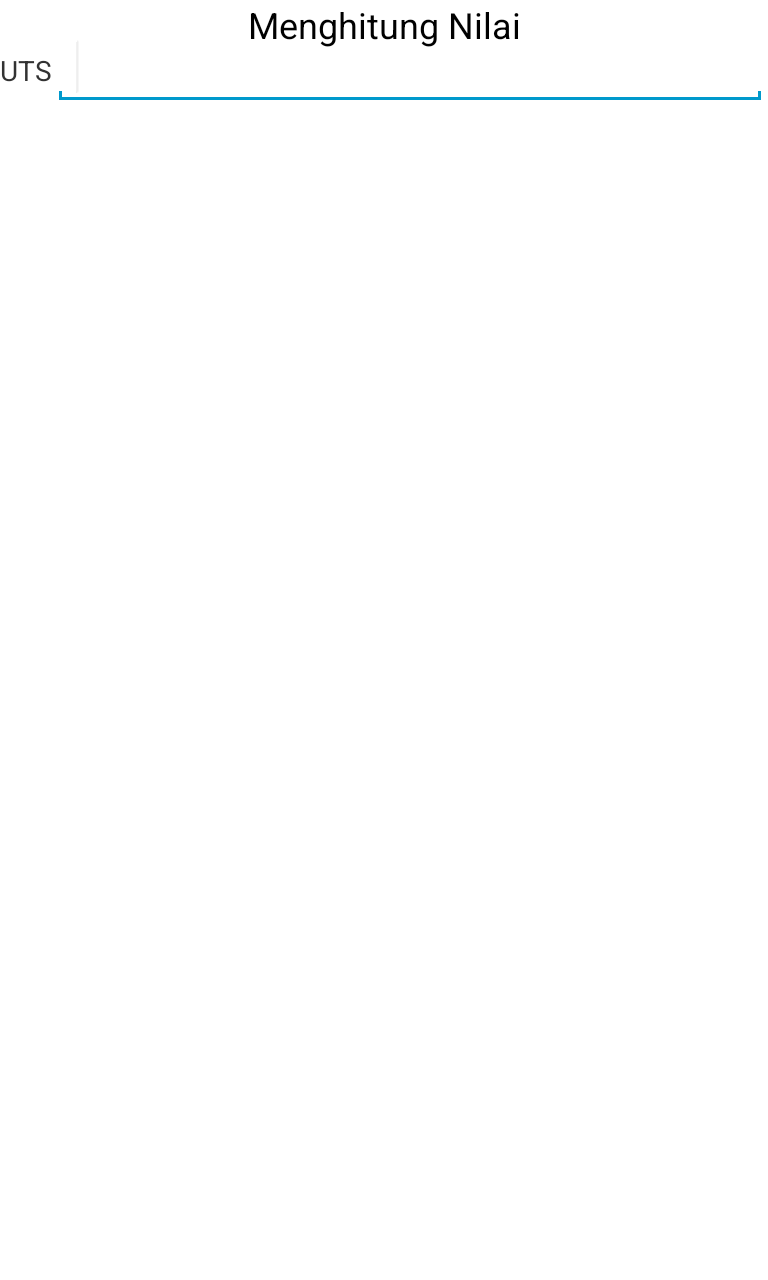
Repository: choll03/mobile_programming
Layout: android/res/layout/activity_main.xml
These files come from the project's save history. The layout is drawn as it stood at one moment and after the next save; the edit follows.
It is drawn on a 768 x 1280 px phone screen (xhdpi) without system bars, with theme AppTheme; the app's code is not run.

Above is the layout before, as saved 2019-04-20 15:49:42.

After the next save:
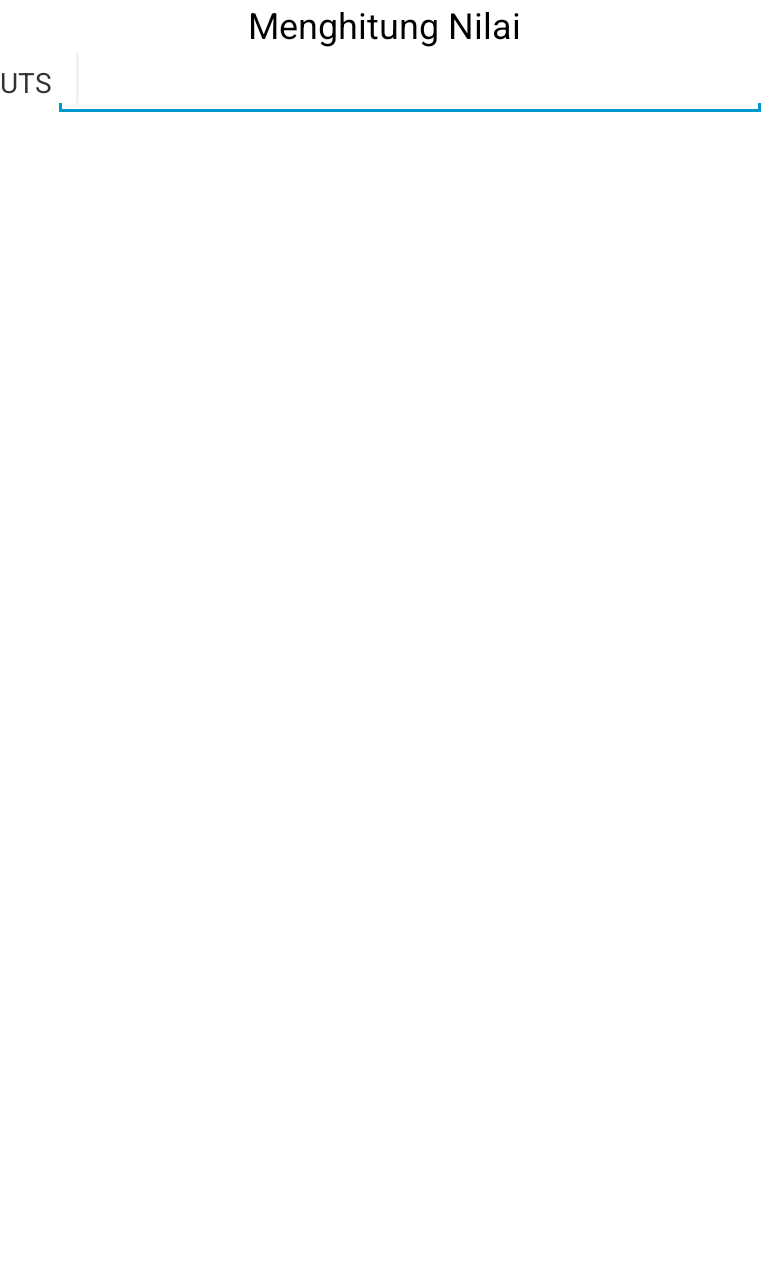
Saved 2 min 11 s later.
--- a/android/res/layout/activity_main.xml
+++ b/android/res/layout/activity_main.xml
@@ -27,7 +27,7 @@
         android:layout_alignParentRight="true"
         android:layout_below="@+id/linearLayout1"
         android:layout_alignParentTop="true"
-        android:layout_marginTop="14dp" >
+        android:layout_marginTop="20dp" >
     <TextView
         android:id="@+id/textView2"
         android:layout_width="wrap_content"
